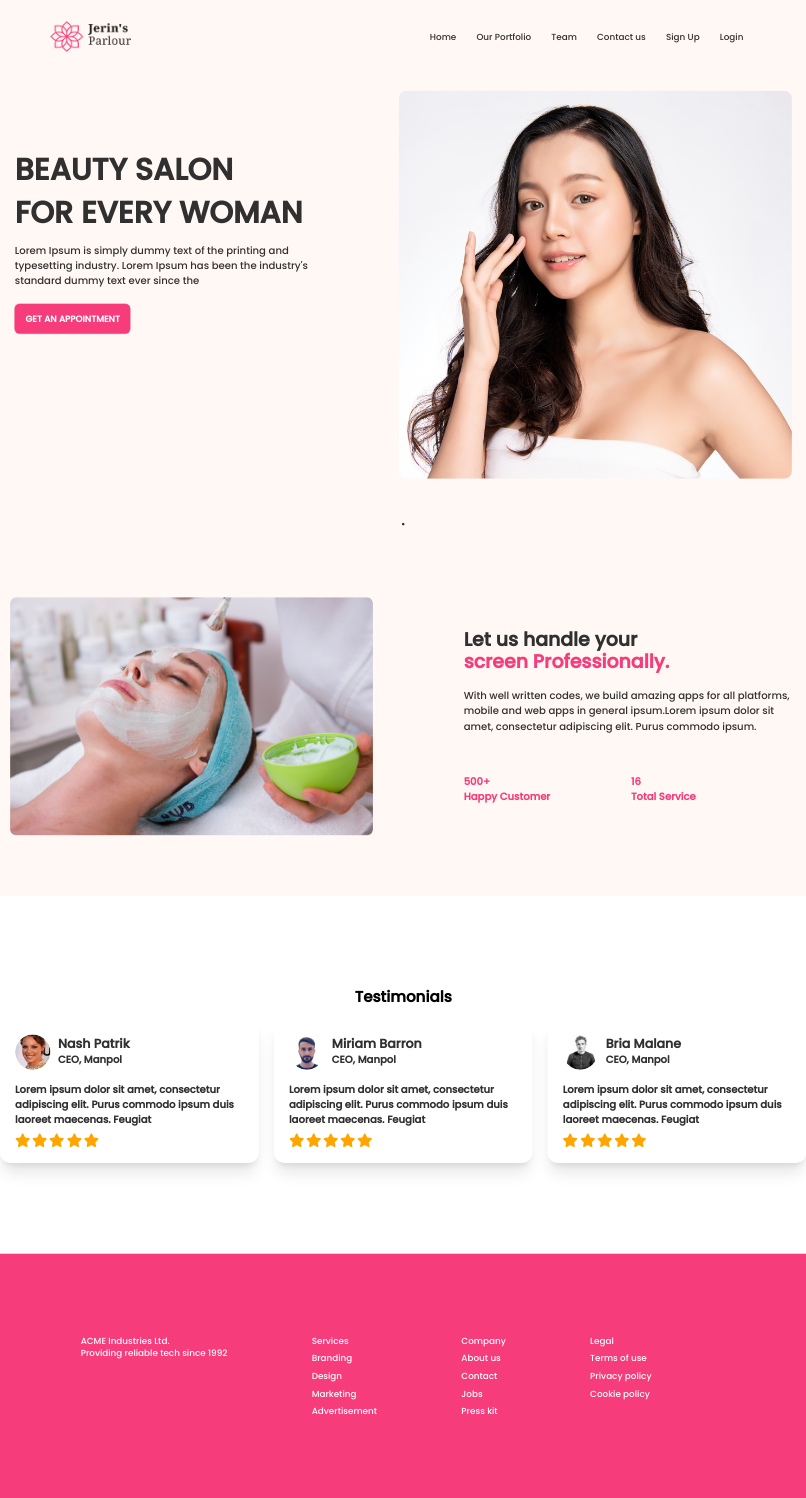
Repository: Wahid137/jerins-parlour-client
Page: /
The author's editor kept a copy of each file at every save. The page is drawn from the files as they stood at one save, then again after the next save.
The browser window is 1280 px wide. The pictures show the whole page, at 63% of full size.
The page's requests for data from a server got no answer. The project was rebuilt for these pictures with package versions that can differ from the ones it lists, and the page was loaded fresh each time. No one was signed in, and anything a server would have sent is missing. Also part of the build but not shown: src/App.css, src/Pages/Home/Services/ServicesCard.js.

Above is the page before, as saved 2023-07-16 05:03:48.

After the next save:
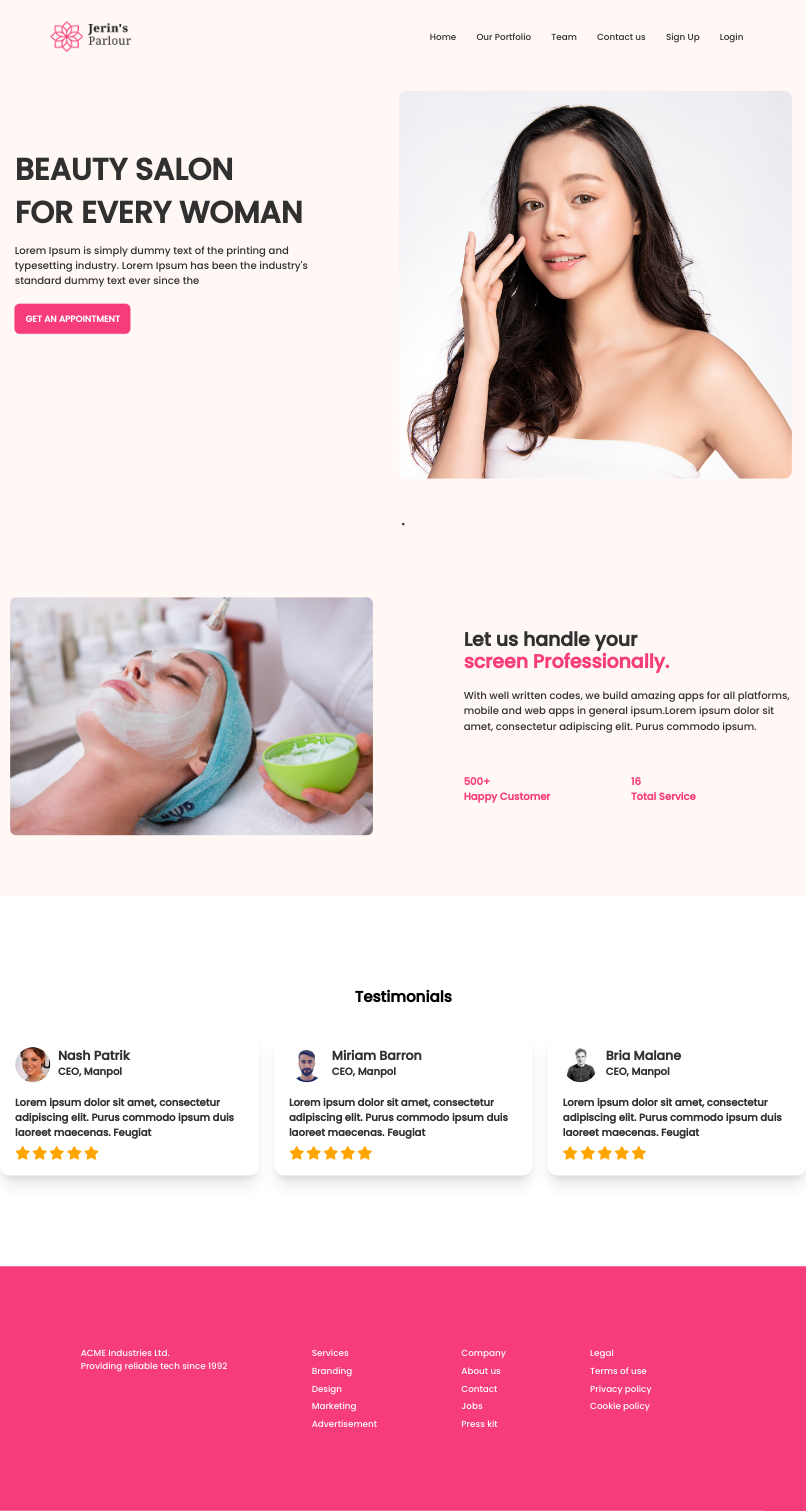
Saved 30 s later.
--- a/src/Pages/Home/Testimonial/Testimonial.js
+++ b/src/Pages/Home/Testimonial/Testimonial.js
@@ -34,7 +34,7 @@ const Testimonial = () => {
     return (
         <div className='py-36 bg-base-100'>
             <div className='mx-auto mb-5 text-center w-1/2'>
-                <p className='text-2xl font-bold text-black'>Testimonials</p>
+                <p className='text-2xl font-bold text-black mb-10'>Testimonials</p>
             </div>
             <div className='grid gap-6 grid-cols-1 md:grid-cols-2 lg:grid-cols-3'>
                 {
